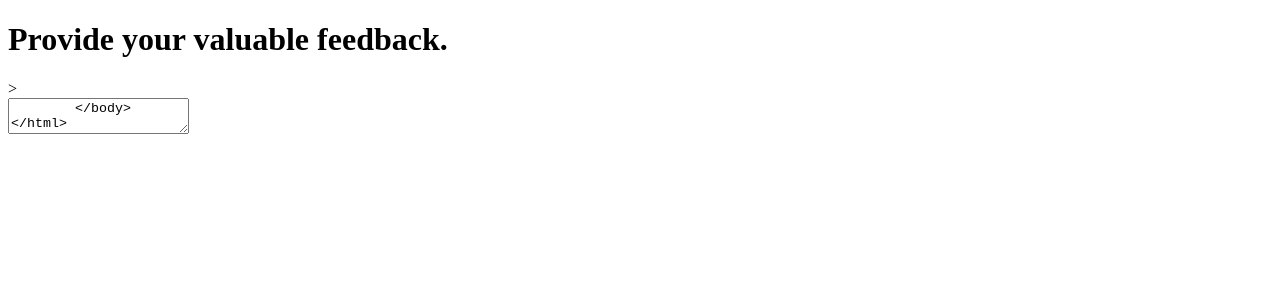
Repository: alph-a07/Java-EE
Page: http://localhost/FeedBackPage/SubmitFeedback.jsp
The author's editor kept a copy of each file at every save. The page is drawn from the files as they stood at one save, then again after a run of saves.
The browser window is 1280 px wide. The pictures show the whole page.
The page is served by Tomcat 9.

Above is the page before, as saved 2023-01-20 11:13:12.

After the next 2 saves:
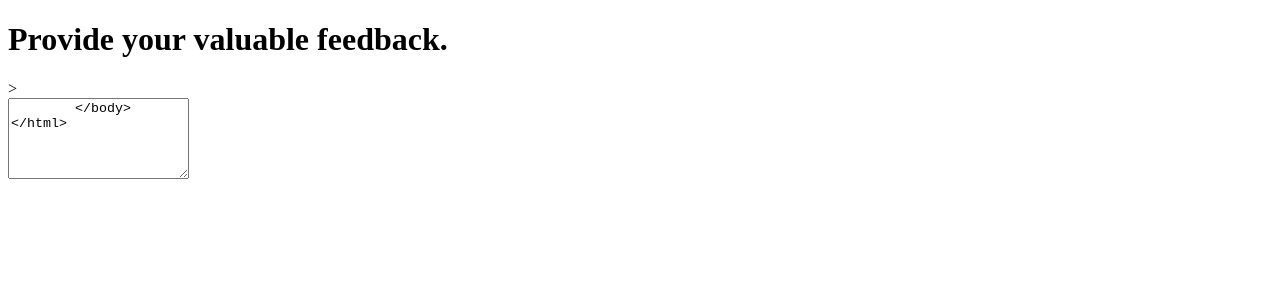
The 2 saves are shown as one change because they came seconds apart.
The last was saved 13 s later.
--- a/FeedBackPage/src/main/webapp/SubmitFeedback.jsp
+++ b/FeedBackPage/src/main/webapp/SubmitFeedback.jsp
@@ -14,6 +14,6 @@
 		<h1>Provide your valuable feedback.</h1>>
 
 		<form>
-		<textarea>
+		<textarea rows = 5,>
 	</body>
 </html>
